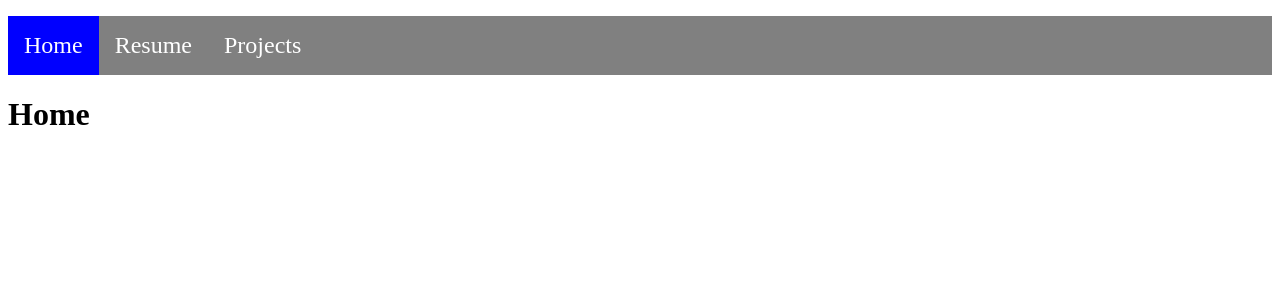
Repository: ChristianCain/ChristianCain.github.io
Page: project.html
The author's editor kept a record of every edit. The page is drawn from the files as they stood at one moment, then again after the next edit.
The browser window is 1280 px wide. The pictures show the whole page.

Above is the page before.

After the next edit:
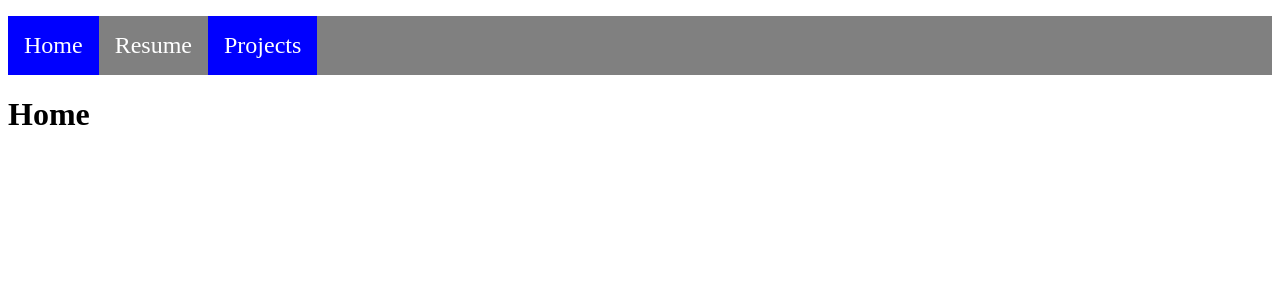
The edit:
--- a/project.html
+++ b/project.html
@@ -12,7 +12,7 @@
             <li class="active"><a href="./">Home</a></li>
             <li><a href="resume.html">Resume</a></li>
             <li class = "dropdown"</li>
-                <div>Projects</div>
+                <div class="active">Projects</div>
                 <ul class="dropdown-content">
                     <li><a href="textadventure.html">Text Adventure 1</a></li>
                     <li><a href="#">Project 2</a></li>
